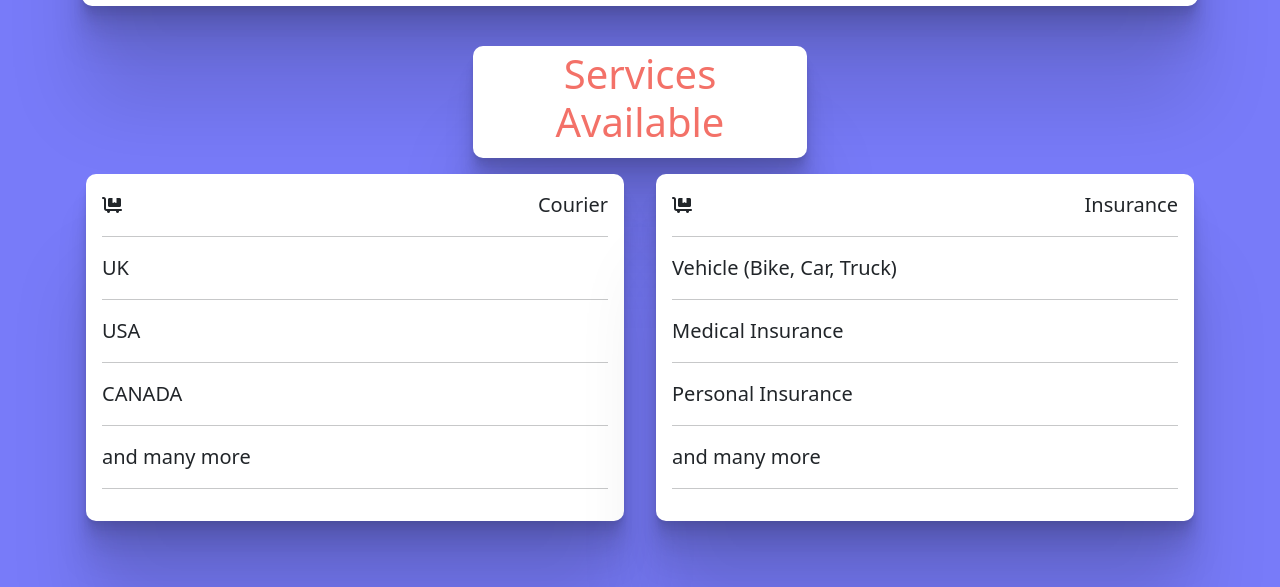
Repository: abhi-sharma27/courier
Page: index.html
These files come from the project's save history. The page is drawn as it stood at one moment and after the next save; the edit follows.
The browser window is 1280 px wide. The pictures show the part of the page from y = 1573 to 2160 px (the page is 2160 px tall).
A picture or video elsewhere on the page could not be fetched, so the positions and the page height are approximate. Some web libraries are served in a nearby version.

Above is the page before, as saved 2021-03-20 23:03:45.

After the next save:
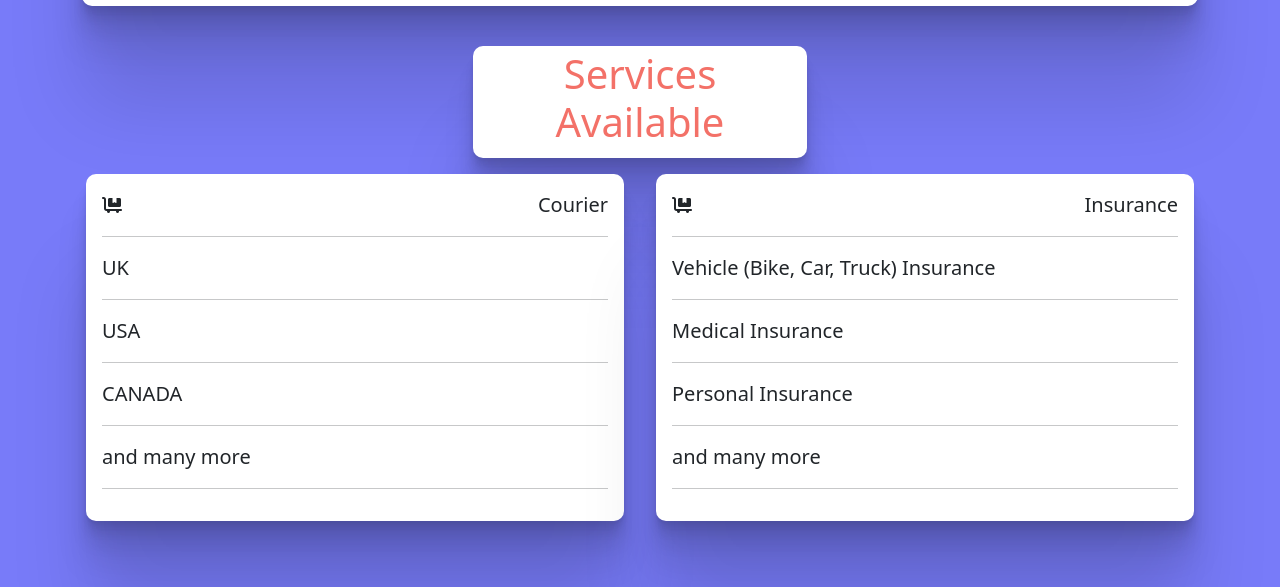
Saved 13 s later.
--- a/index.html
+++ b/index.html
@@ -150,7 +150,7 @@
         </div>
         <hr />
         <div class="text-right">
-          <p class="mb-0 f20">Vehicle (Bike, Car, Truck)</p>
+          <p class="mb-0 f20">Vehicle (Bike, Car, Truck) Insurance</p>
           <hr />
           <p class="mb-0 f20">Medical Insurance</p>
           <hr />
